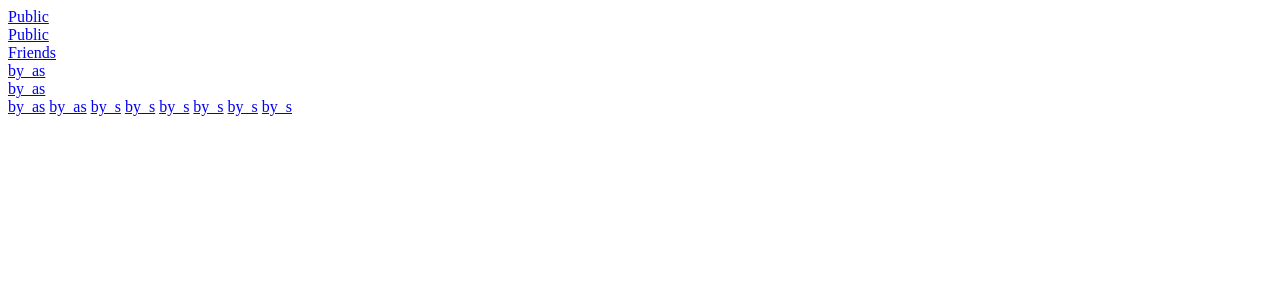
Repository: KHANas02/live-stream
Page: blog.html
An editor plug-in stored every save of this project. The page is shown before and after the next save, followed by the edit.
The browser window is 1280 px wide. The pictures show the whole page.

Above is the page before, as saved 2024-03-25 08:18:23.

After the next save:
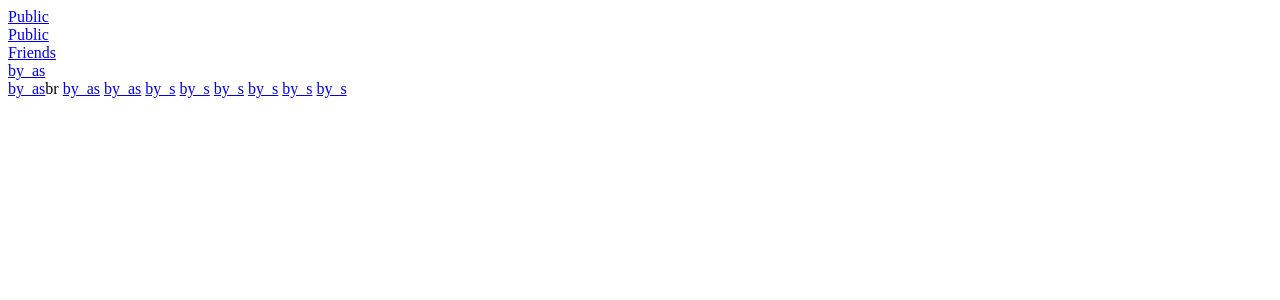
Saved 4 s later.
--- a/blog.html
+++ b/blog.html
@@ -10,7 +10,7 @@
 <a target="_blank"  href="https://t.me/englify_asp">Public</a><br>
 <a target="_blank"  href="https://t.me/english_free_class">Friends</a><br>
 <a target="_blank"  href="https://t.me/asa_blog">by_as</a><br>
-<a target="_blank"  href="https://t.me/Cambridge_asa">by_as</a><br>
+<a target="_blank"  href="https://t.me/Cambridge_asa">by_as</a>br
 <a target="_blank"  href="https://t.me/workbookjavoblari_9sinf">by_as</a>
 <a target="_blank"  href="https://t.me/workbook_javoblari_6sinf">by_as</a>
 <a target="_blank" href="https://t.me/atmosphere_of_english">by_s</a>

After the save that followed:
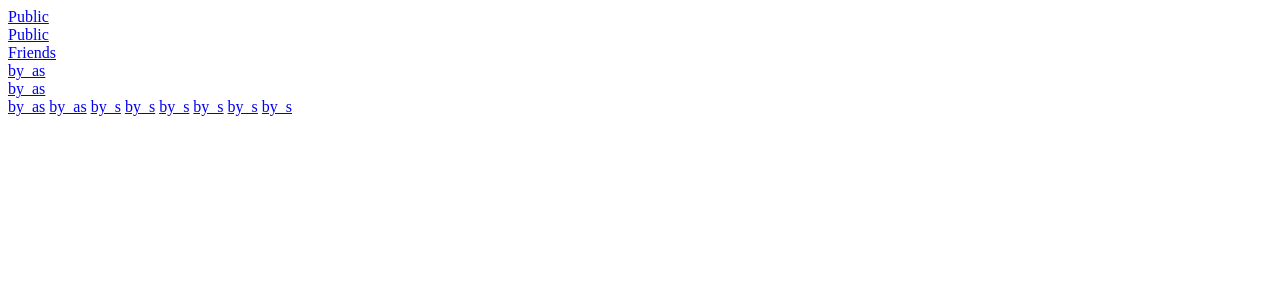
Saved 4 s later.
--- a/blog.html
+++ b/blog.html
@@ -10,7 +10,7 @@
 <a target="_blank"  href="https://t.me/englify_asp">Public</a><br>
 <a target="_blank"  href="https://t.me/english_free_class">Friends</a><br>
 <a target="_blank"  href="https://t.me/asa_blog">by_as</a><br>
-<a target="_blank"  href="https://t.me/Cambridge_asa">by_as</a>br
+<a target="_blank"  href="https://t.me/Cambridge_asa">by_as</a><br>
 <a target="_blank"  href="https://t.me/workbookjavoblari_9sinf">by_as</a>
 <a target="_blank"  href="https://t.me/workbook_javoblari_6sinf">by_as</a>
 <a target="_blank" href="https://t.me/atmosphere_of_english">by_s</a>
